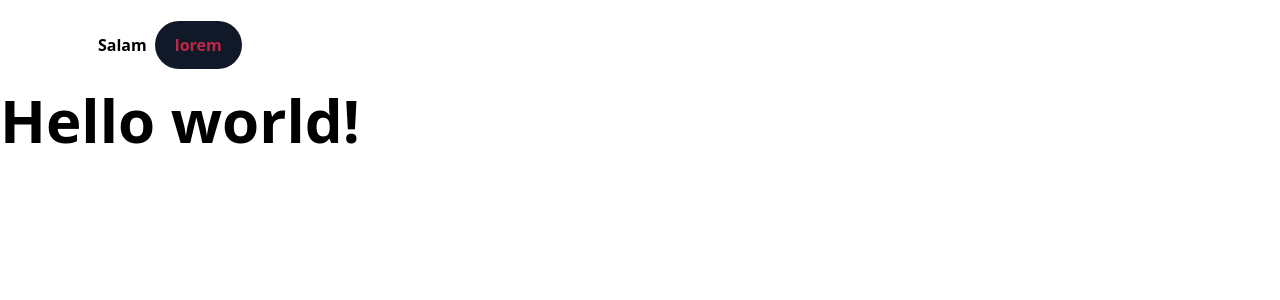
Repository: khaled-m1/Blog-Next.js
Page: /
These files come from the project's save history. The page is drawn as it stood at one moment and after the next save; the edit follows.
The browser window is 1280 px wide. The pictures show the whole page.
The project was rebuilt for these pictures with package versions that can differ from the ones it lists, and the page was loaded fresh each time. The framework's server and built-in components were replaced by stand-ins that run in the browser. Also part of the build but not shown: next.config.js.

Above is the page before, as saved 2023-01-15 23:36:28.

After the next save:
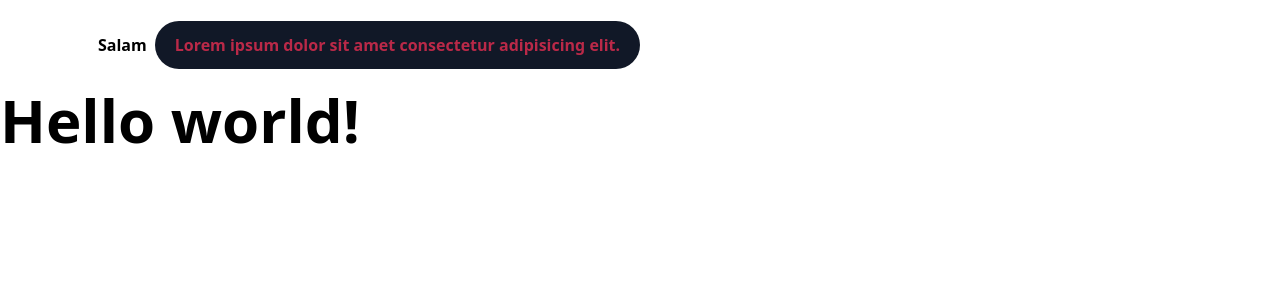
Saved 4 s later.
--- a/components/Header.tsx
+++ b/components/Header.tsx
@@ -51,7 +51,7 @@ const Header = () => {
       {/* 2 */}
       <div>
       <Link href="/" className="px-5 py-3 text-sm md:text-base bg-gray-900 text-[#BA2948] flex items-center rounded-full text-center">
-          lorem
+          Lorem ipsum dolor sit amet consectetur adipisicing elit.
         </Link>
       </div>
     </div>
